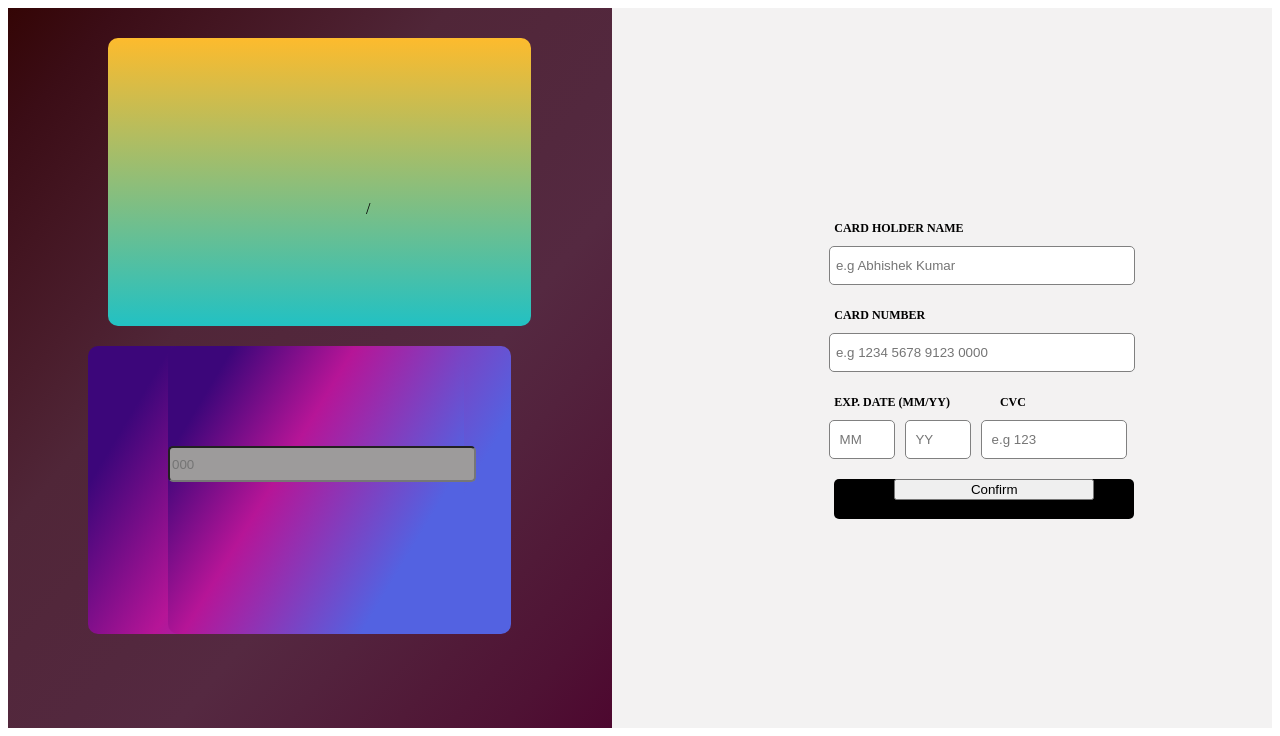
Repository: Abhi2359/frontendchallenge-1
Page: /
An editor plug-in stored every save of this project. The page is shown before and after a run of saves, followed by the edit.
The browser window is 1280 px wide. The pictures show the whole page.
The project was rebuilt for these pictures with package versions that can differ from the ones it lists, and the page was loaded fresh each time. Also part of the build but not shown: src/components/Add/Compelete.css, src/components/Add/Compelete.js.

Above is the page before, as saved 2023-02-15 18:02:00.

### src/App.js

import Compelete from "./components/Add/Compelete";
import Layout from "./components/Layout/Layout";


function App() {
  return (
    <div className="App">


      <Layout/>
    {/*
      <Added/>

    <Card1/>
    */}

    </div>
  );
}

export default App;

### src/components/Layout/Layout.js
import React, { useState } from "react";
import Compelete from "../Add/Compelete";
import Button from "../Button/Button";
import Card1 from "../Cards/Card1";
import Card2 from "../Cards/Card2";
import style from "./layout.css";

function Layout() {
  const [cardHolderName, setCardHolderName] = useState("");
  const [cardNumber, setCardNumber] = useState("");
  const [expMonth, setExpMonth] = useState("");
  const [expYear, setExpYear] = useState("");
  const [cvc, setCvc] = useState("");
  const[isClicked,setIsClicked] =useState(<Layout/>)

  const handleConfirm =()=>{
    setIsClicked(<Compelete/>)
  }
  const handleInputChange = (e) => {
    setCardNumber(e.target.value);
  };
  const handleCardHolderName = (e) => {
    setCardHolderName(e.target.value);
  };
  const handleExpMonth = (e) => {
    setExpMonth(e.target.value);
  };
  const handleExpYear = (e) => {
    setExpYear(e.target.value);
  };
  const handleCvc = (e) => {
    setCvc(e.target.value);
  };
  return (
    <>
      <div class="layout">
        <div class="partitions">
          <div class="partition1">
            <div class="card1">
              <Card1
                cardNumber={cardNumber}
                cardHolderName={cardHolderName}
                expMonth={expMonth}
                expYear={expYear}
              />
            </div>
            <div class="card2">
              <Card2 cvc={cvc} />
            </div>
          </div>

          <div class="partition2">

            <form action="" className="Form">
              <label for="Username">CARD HOLDER NAME</label> <br />
              <input
                value={cardHolderName}
                onChange={handleCardHolderName}
                className="card_holder"
                type="text"
                id="username"
                name="username"
                placeholder=" e.g Abhishek Kumar"
                required
              />
              <br />
              <label for="number">CARD NUMBER</label> <br />
              <input
                value={cardNumber}
                onChange={handleInputChange}
                className="card_number"
                pattern="[0-9]{4}-[0-9]{4}-[0-9]{4}"
                type="text"
                id="number"
                name="number"
                placeholder=" e.g 1234 5678 9123 0000"
                required
              />{" "}
              <br />
              <div className="exp_date">
                <label for="number">EXP. DATE (MM/YY)</label>
                <label for="number" className="cvc">
                  CVC
                </label>
                <div className="exp_date_input">
                  <input
                    value={expMonth}
                    onChange={handleExpMonth}
                    type="text"
                    id="number"
                    name="number"
                    placeholder="  MM"
                    required
                    className="number"
                  />
                  <input
                    value={expYear}
                    onChange={handleExpYear}
                    type="text"
                    id="number"
                    name="number"
                    placeholder="  YY"
                    required
                    className="number"
                  />
                  <input
                    value={cvc}
                    onChange={handleCvc}
                    type="text"
                    id="cvc"
                    name="number"
                    placeholder="  e.g 123"
                    required
                    className="number"
                  />
                </div>
                 <Button/>
              </div>
            </form>

          </div>
        </div>
      </div>
    </>
  );
}

export default Layout;

### src/components/Button/Button.js
import React from 'react'
import './Button.css'
function Button() {
  return (
  <div class="button">
    <button>Confirm</button>
  </div>
  )
}

export default Button

### src/components/Cards/Card1.js
import React from "react";
import style from "./Card1.css";

function Card1({ cardNumber, cardHolderName, expMonth, expYear }) {
  return (
    <>
      <div className="card1">
        <div class="cardinput">
          <div class="_card__number">
            <input type="text" value={cardNumber} readOnly id="input" />
          </div>
          <div class="_card__details">
            <input type="text" value={cardHolderName} readOnly id="input" />
            <div class="expiry">
              <input type="text" value={expMonth} readOnly id="input" />
              <div class="slash">/</div>
              <input type="text" value={expYear} readOnly id="input"/>
            </div>
          </div>
        </div>
      </div>
    </>
  );
}

export default Card1;

### src/components/Cards/Card2.js
import React from "react";
import style from "./Card2.css";

function Card2({cvc}) {
  return (
    <>
      <div className="card2">
        <div class="_card__number2">

          <input type="text" value={cvc} readOnly className="card2_input" placeholder="000" />
        </div>
      </div>
    </>
  );
}

export default Card2;

### src/components/Layout/layout.css
.layout{

    margin: 0;
    padding: 0;
    height: 100vh;
}
.partitions
{
    height: 100%;
display: flex;
flex-wrap: wrap;
flex-direction: row;
justify-content: space-between;
}

.partition1{
    background-image: linear-gradient(to right bottom, #340505, #3b0d16, #431521, #4a1d2c, #502638, #52273b, #53283e, #552941, #53223d, #511a38, #4f1234, #4d072f);

height: 100vh;
flex-grow: 3;
color: white;
width: 40%;

}

.partition2{
background-color: rgb(243, 242, 242);
 height: 100vh;
flex-grow: 8;
display: flex;
align-items: center;
justify-content: center;
}

.Form{
    margin-left: 80px;

}

.Form input{
    margin: 5px;
    height: 35px;
    margin-top: 10px;
    margin-bottom: 20px;

}

.card_holder{
    width: 300px;
    border: 1px solid gray;
    border-radius: 5px;
}
.card_number{
    width: 300px;
    border: 1px solid gray;
    border-radius: 5px;
}
label{
    font-size: 12px;
    font-weight: bold;
    padding-left: 10px;
}



.cvc{
    margin-left: 40px;
}

.number{
    width: 60px;
    border: 1px solid gray;
    border-radius: 5px;
}
#cvc{
    width: 140px;
    border: 1px solid gray;
    border-radius: 5px;
}


.partitiion1 ,h1{
margin-left: 100px;
}

.card1{
    margin-top: 20px;
    margin-left: 100px;
}

.card2{
    margin-top: 20px;
    margin-left: 80px;
}

### src/components/Button/Button.css
.button{
    width: 300px;
    margin-left: 10px;
    background-color: black;
    color: white;
    height: 40px;
    border-radius: 5px;
 }

 .button button{
    margin-left:60px;
    width: 200px;
 }

### src/components/Cards/Card1.css
.card1 {
  background: rgb(34, 193, 195);
  background: linear-gradient(
    0deg,
    rgba(34, 193, 195, 1) 0%,
    rgba(253, 187, 45, 1) 100%
  );
  height: 40vh;
  width: 70%;
  border-radius: 10px;
  margin-left: 10px;

  margin-top: 20px;
}

.card1 input {
  margin: 10px;
}

._card__details {
  display: flex;
  border: none;
  background-color: transparent;
  color: transparent;
  text-shadow: 0 0 0 #000;
}

._card__details input {
  width: 80px;
}

.cardinput {
  margin-top: 30px;
}

.expiry {
  display: flex;
  justify-content: space-between;
}
.expiry input {
  width: 30px;
}

#input {
  border: none;
  background-color: transparent;
  color: transparent;
  text-shadow: 0 0 0 #000;
  border-radius: 5px;
  height: 30px;
}

.slash {
  display: inline-block;
  padding-top: 20px;
}
._card__number input {
  margin-top: 100px;
  font-size: larger;
  max-width: 300px;
}

### src/components/Cards/Card2.css
.card2{
    background: rgb(60,6,122);
    background: linear-gradient(121deg, rgba(60,6,122,1) 14%, rgba(182,21,151,1) 40%, rgba(83,98,225,1) 78%);
    height: 40vh;
    width: 70%;
    border-radius: 10px;


    margin-top: 20px;


}


._card__number2 input{
    margin-top: 100px;
    height: 30px;
width: 300px;
}

 .card2_input{
    height: 30px;
    width: 100px;
    border-radius: 5px;
    background-color: rgb(157, 155, 155);
    color: white;
}

.bg_black{
    background-color: black;
    color: black;
    height: 30px;
    margin-top: 30px;

}

Loaded but not shown: public/index.html (common file); src/index.js (common file)

After the next 2 saves:
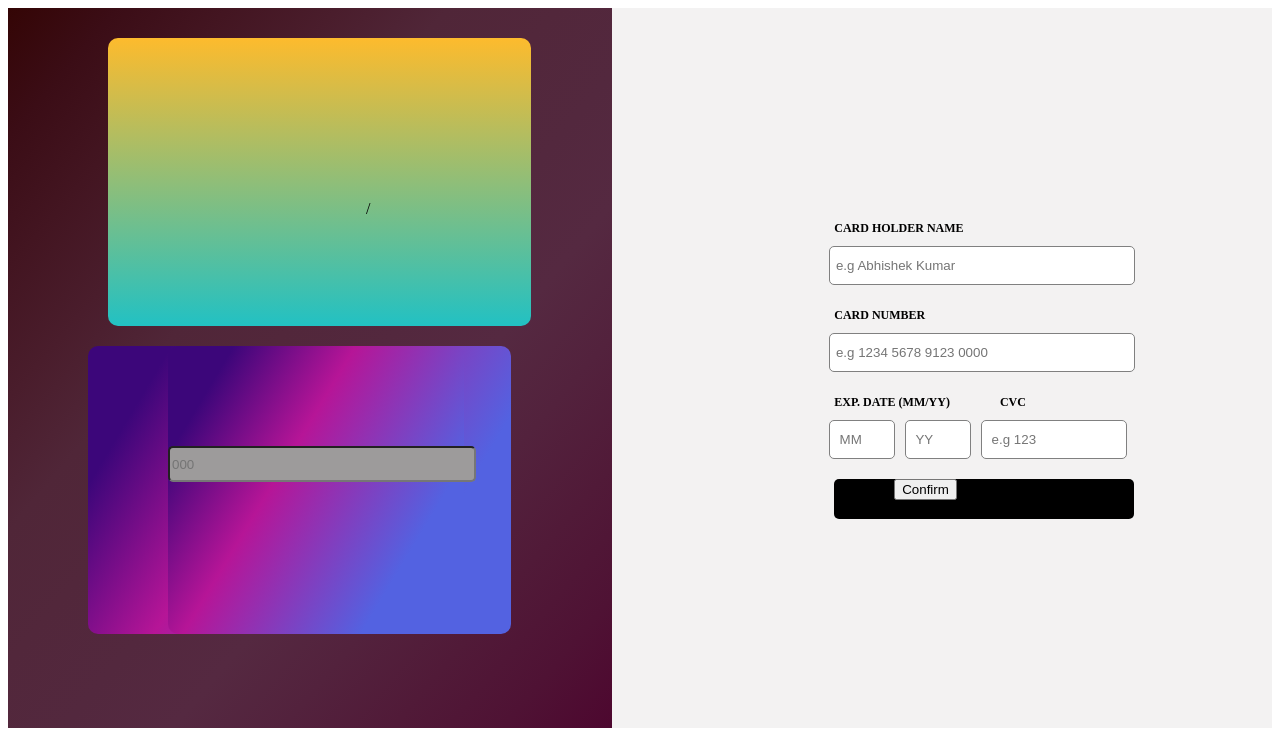
The 2 saves are shown as one change because they came seconds apart.
The last was saved 12 s later.
--- a/src/components/Button/Button.css
+++ b/src/components/Button/Button.css
@@ -9,5 +9,5 @@
 
  .button button{
     margin-left:60px;
-    width: 200px;
+    width: fit-content;
  }
